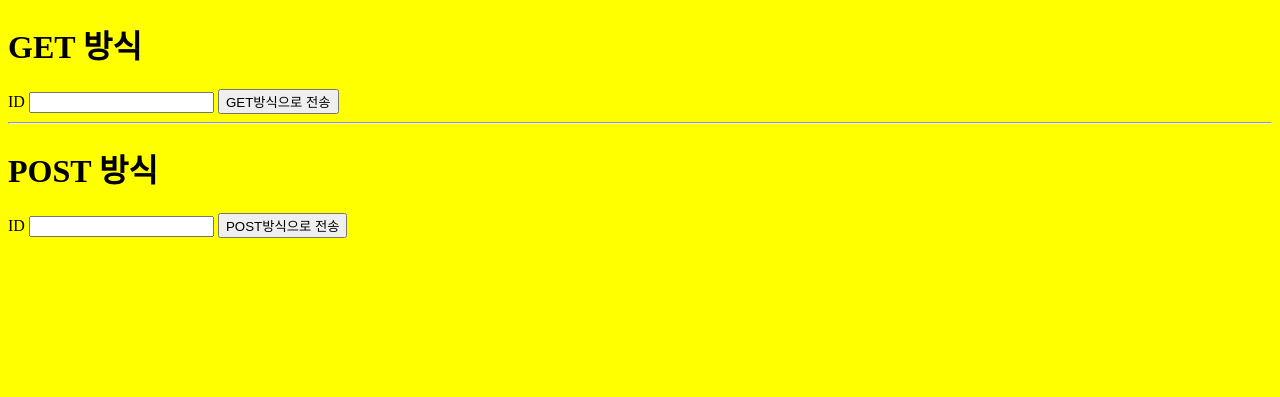
Repository: jim698/Practice
Page: http://localhost/ch11_requestmapping/
These files come from the project's save history. The page is drawn as it stood at one moment and after the next save; the edit follows.
The browser window is 1280 px wide. The pictures show the whole page.
The page is served by Tomcat 9.

Above is the page before, as saved 2020-03-30 04:05:58.

After the next save:
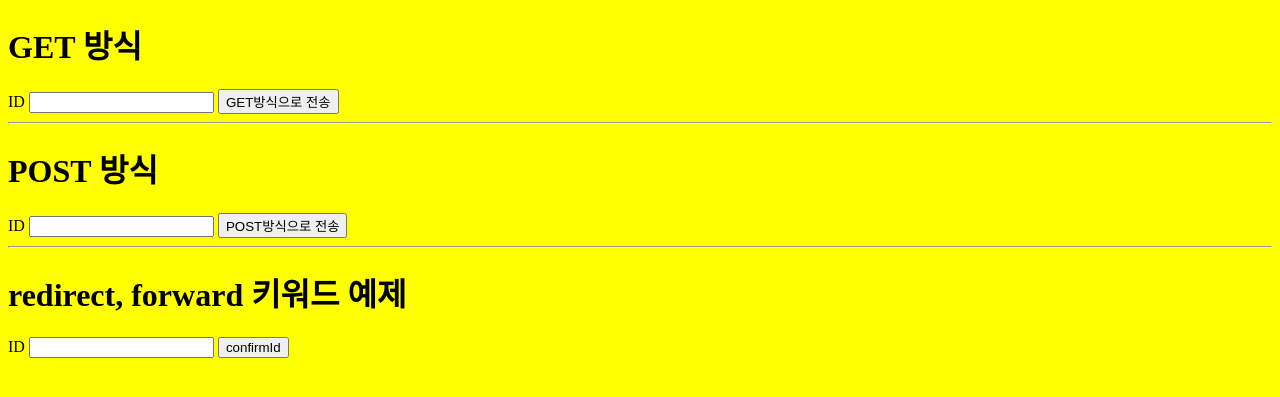
Saved 8 min 9 s later.
--- a/ch11_requestmapping/src/main/webapp/WEB-INF/views/main.jsp
+++ b/ch11_requestmapping/src/main/webapp/WEB-INF/views/main.jsp
@@ -21,5 +21,13 @@
 		ID <input type="text" name="id">
 		<input type="submit" value="POST방식으로 전송">
 	</form>
+	<hr>
+	<h1>redirect, forward 키워드 예제</h1>
+	<form action="${conPath }/studentConfirm.do">
+		ID <input type="text" name="id">
+		<input type="submit" value="confirmId">
+	</form>
+
+
 </body>
 </html>
